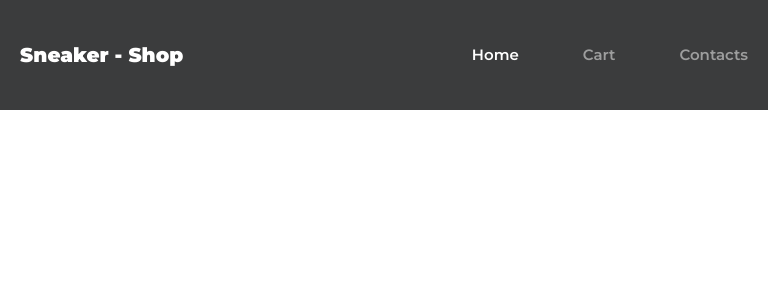
Repository: IstratiiNik/sneaker-shop
Page: /
An editor plug-in stored every save of this project. The page is shown before and after a run of saves, followed by the edit.
The browser window is 768 px wide. The pictures show the whole page.
The project was rebuilt for these pictures with package versions that can differ from the ones it lists, and the page was loaded fresh each time. Also part of the build but not shown: vite.config.js.

Above is the page before, as saved 2025-07-01 13:49:11.

After the next 3 saves:
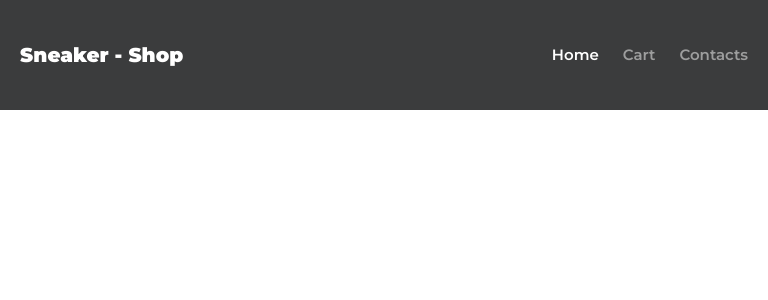
The 3 saves are shown as one change because 1 did not build or start and some came seconds apart.
The last was saved 37 s later.
--- a/src/components/Header/Header.module.scss
+++ b/src/components/Header/Header.module.scss
@@ -29,4 +29,8 @@
   font-size: 15px;
   font-weight: 600;
   line-height: 18px;
+
+  @media (max-width: 900px) {
+    gap: 24px;
+  }
 }
